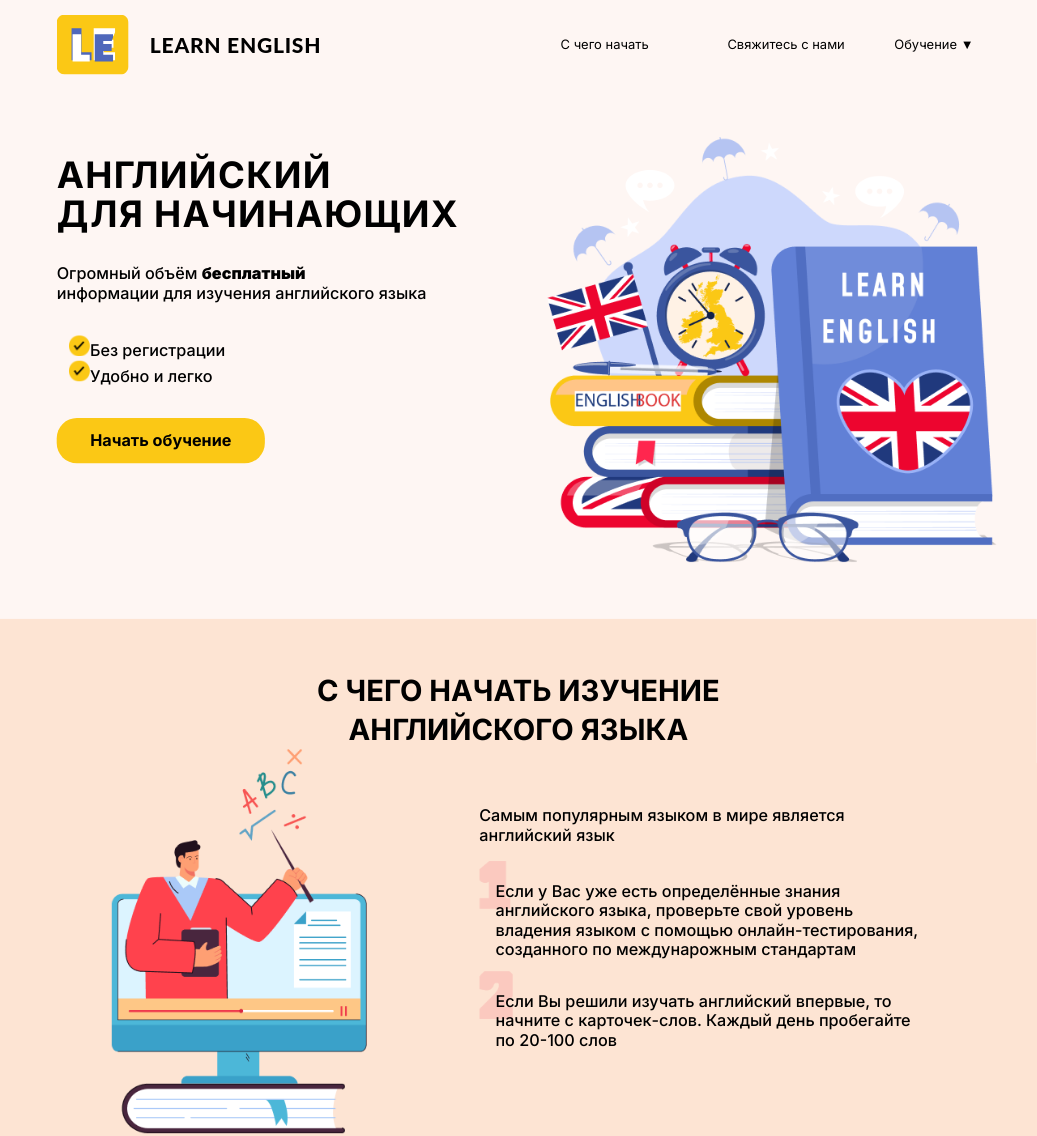
Repository: WladimirVA/Diplom
Page: scool/index.html
An editor plug-in stored every save of this project. The page is shown before and after the next save, followed by the edit.
The browser window is 1280 px wide. The pictures show the whole page, at 81% of full size.

Above is the page before, as saved 2023-07-06 18:47:26.

After the next save:
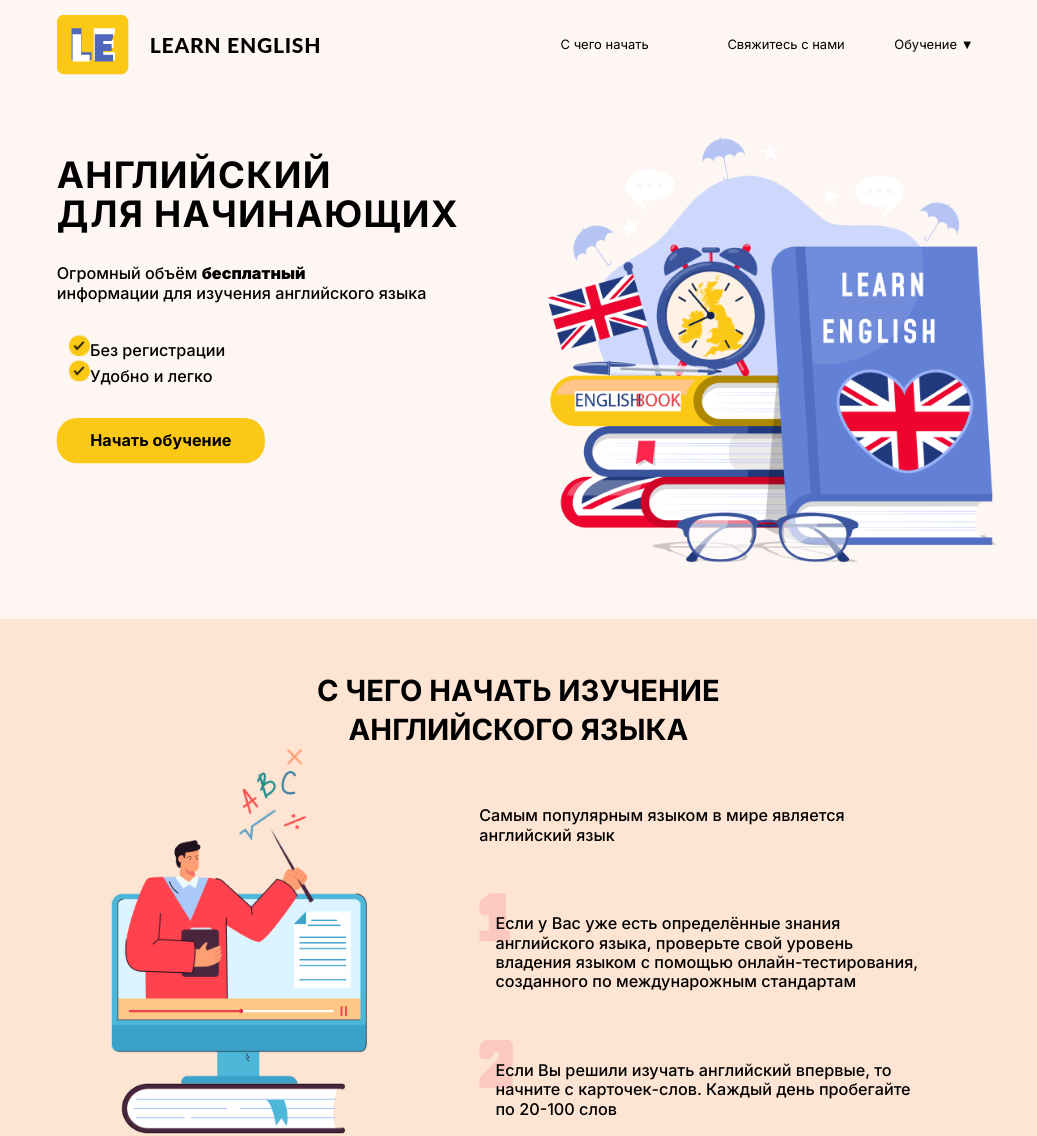
Saved 72 s later.
--- a/scool/css/index.css
+++ b/scool/css/index.css
@@ -222,7 +222,7 @@ ul.ddropdownn .ddropdownn-inside a:hover {/* Цвет фона изменитс
 }
 
 .learning-text-img {
-    margin: 15px 0 15px 0;
+    margin-top: 60px;
 }
 
 .learning-text-img p {
